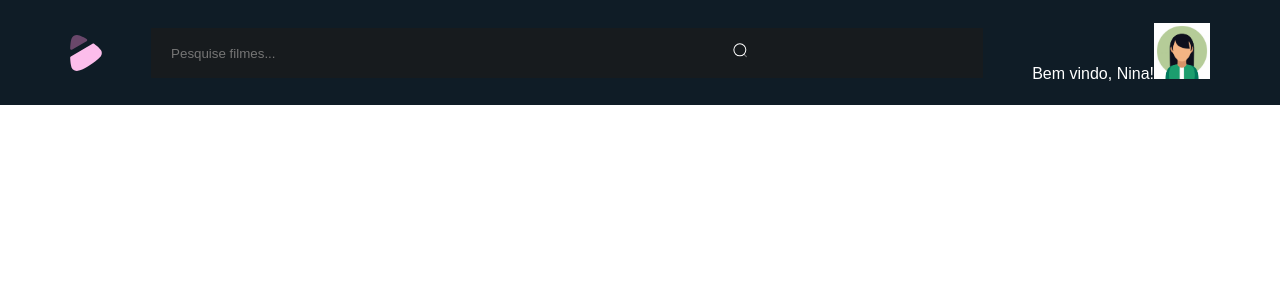
Repository: MilenaMelo/Cubos-Flix
Page: / (app in cubos-flix/)
The author's editor kept a copy of each file at every save. The page is drawn from the files as they stood at one save, then again after the next save.
The browser window is 1280 px wide. The pictures show the whole page.
The project was rebuilt for these pictures with package versions that can differ from the ones it lists, and the page was loaded fresh each time.

Above is the page before, as saved 2021-06-19 13:02:53.

### cubos-flix/public/index.html
<!DOCTYPE html>
<html lang="en">
  <head>
    <meta charset="utf-8" />
    <link rel="icon" href="%PUBLIC_URL%/favicon.ico" />
    <meta name="viewport" content="width=device-width, initial-scale=1" />
    <meta name="theme-color" content="#000000" />
    <meta
      name="description"
      content="Web site created using create-react-app"
    />
    <link rel="apple-touch-icon" href="%PUBLIC_URL%/logo192.png" />
    <link rel="manifest" href="%PUBLIC_URL%/manifest.json" />
    <title>Cubos Flix</title>
  </head>
  <body>
    <noscript>You need to enable JavaScript to run this app.</noscript>
    <div id="root"></div>

  </body>
</html>

### cubos-flix/src/App.js
import './App.css';
import Navbar from './components/Navbar';

function App() {
  return (
    <div className="app">
      <header>
        <Navbar/>
      </header>
    </div>
  );
}

export default App;

### cubos-flix/src/App.css
* {
    margin: 0px;
    font-family: Manrope, sans-serif;
    color: white;
}

.app {
    background-color: #1d2226;
}

### cubos-flix/src/components/Navbar/index.js
import './style.css'
import logo from '../../assets/images/logo.svg'
import search_icon from '../../assets/images/search-icon.svg'
import profile_img from '../../assets/images/profile.jpg'


function Navbar() {
    return (
        <header className='navbar'>
            <img src={logo} alt="logo"/>
            <div className='search-container'>
                <input className='search-input' type="text" name="Pesquisa" placeholder="Pesquise filmes..."/>
                <img src={search_icon} alt="Input de pesquisa"/>
            </div>
            <div className='profile-container'>
                <span>Bem vindo, Nina!</span>
                <img className='profile-img' src={profile_img} alt="Foto de perfil"/>
            </div>
        </header>
    );
}

export default Navbar;

### cubos-flix/src/components/Navbar/style.css
.navbar {
    height: 105px;
    display: flex;
    align-items: center;
    justify-content: space-between;
    padding: 0px 70px;
    background-color: #0f1c26;
}

.search-container {
    padding: 14px 16px;
}

.search-container, .search-input {
    width: 70%;
    outline: 0;
    background: #171b1e;
    border: 1px solid transparent;
}


.profile-img {
    height: 56px;
}

Loaded but not shown: cubos-flix/src/index.js (common file)

After the next save:
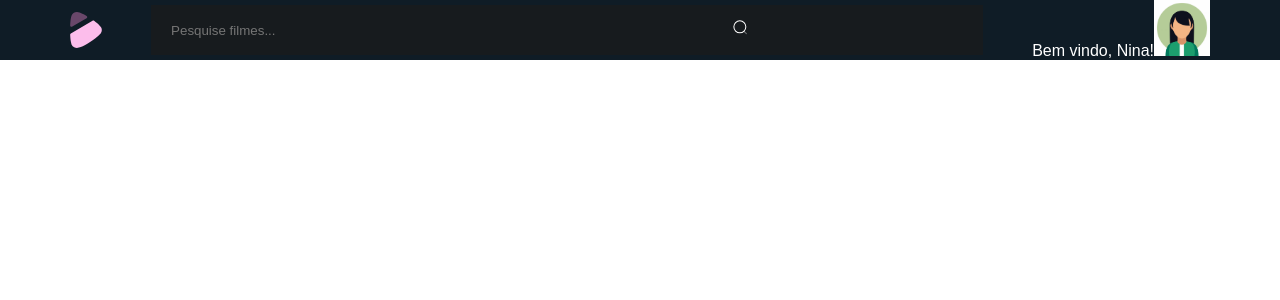
Saved 4 min 19 s later.
--- a/cubos-flix/src/components/Navbar/style.css
+++ b/cubos-flix/src/components/Navbar/style.css
@@ -1,5 +1,4 @@
 .navbar {
-    height: 105px;
     display: flex;
     align-items: center;
     justify-content: space-between;
